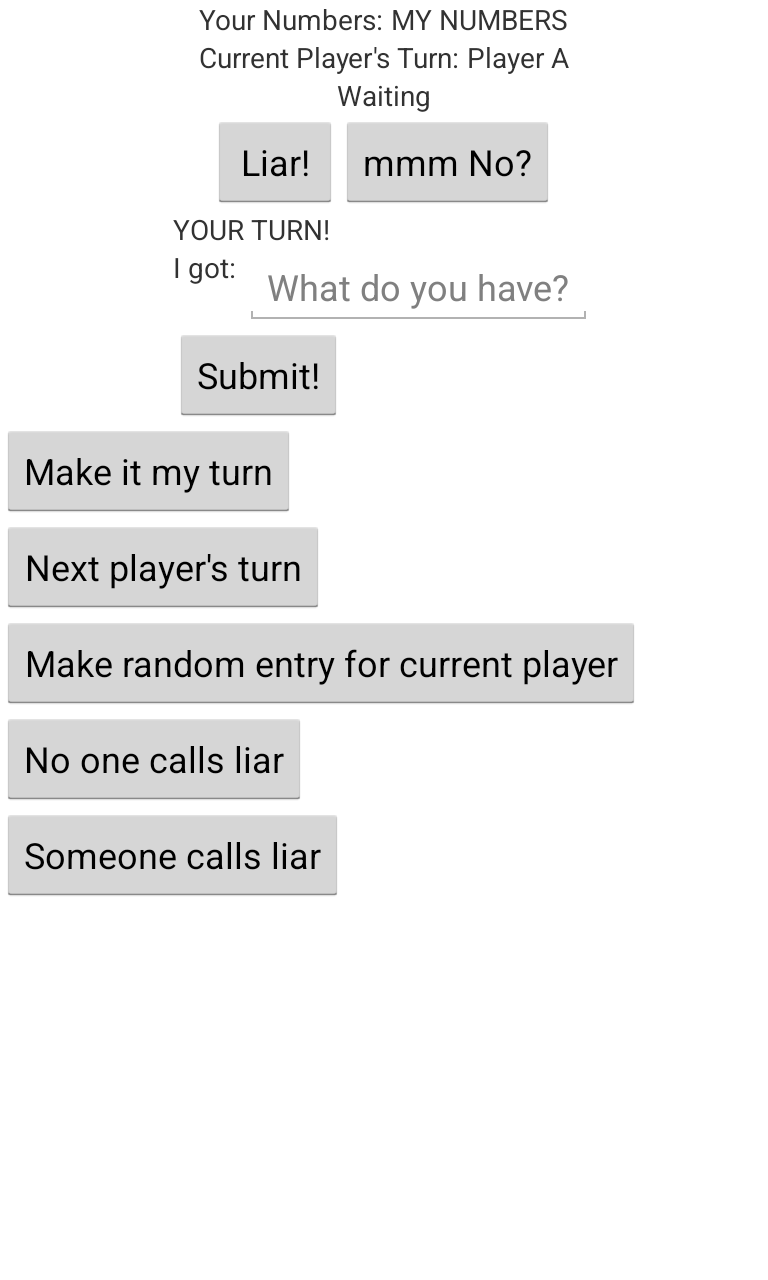
Repository: RayyLim/LiarPoker
Layout: LiarPoker/res/layout/gameroom_main.xml
An editor plug-in stored every save of this project. The layout is shown before and after the next save, followed by the edit.
It is drawn on a 768 x 1280 px phone screen (xhdpi) without system bars, with theme AppTheme; the app's code is not run.

Above is the layout before, as saved 2012-07-22 10:02:52.

After the next save:
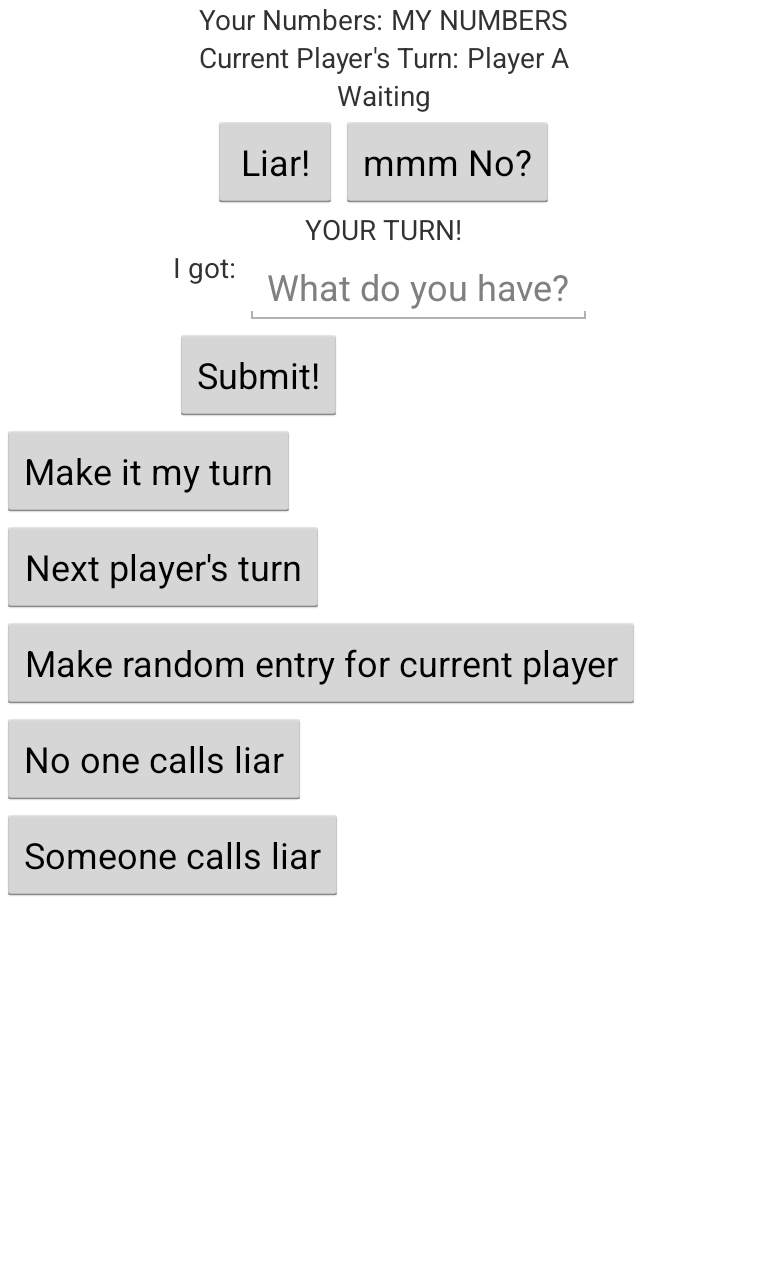
Saved 85 s later.
--- a/LiarPoker/res/layout/gameroom_main.xml
+++ b/LiarPoker/res/layout/gameroom_main.xml
@@ -68,6 +68,7 @@
 	    android:orientation="vertical" >
 			<TextView
 			android:layout_width="wrap_content" android:layout_height="wrap_content"
+			android:layout_gravity="center_horizontal"
 			android:text="YOUR TURN!" />
 				<LinearLayout
 	    android:layout_width="wrap_content"
@@ -75,6 +76,7 @@
 	    android:orientation="horizontal" >
 			<TextView
 			android:layout_width="wrap_content" android:layout_height="wrap_content"
+			android:layout_gravity="center_horizontal"
 			android:text="I got: " />
 
 			<EditText android:id="@+id/igot"
